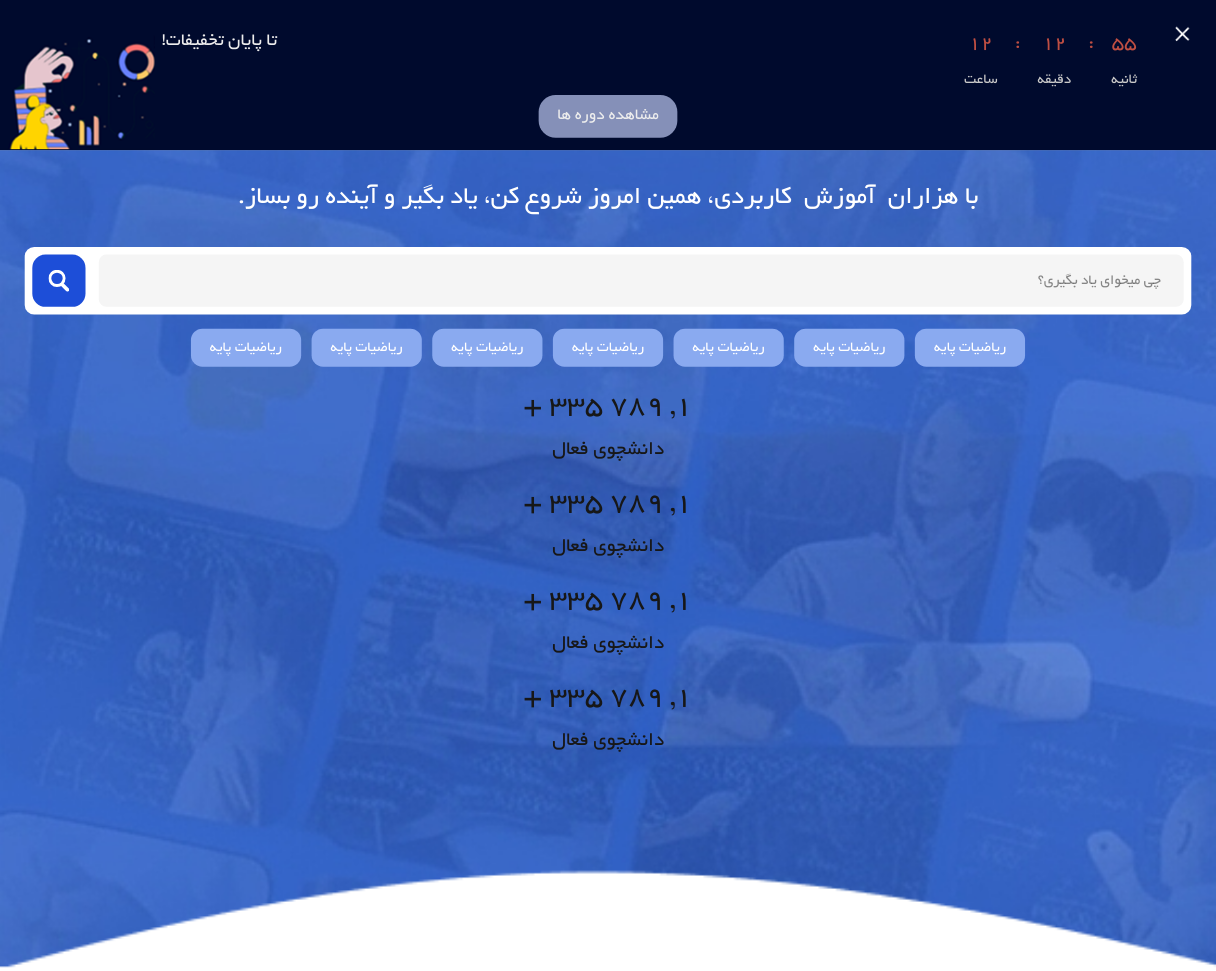
Repository: sinafath/fradars
Page: /
The author's editor kept a copy of each file at every save. The page is drawn from the files as they stood at one save, then again after the next save.
The browser window is 1280 px wide. The pictures show the whole page, at 95% of full size.
The project was rebuilt for these pictures with package versions that can differ from the ones it lists, and the page was loaded fresh each time. The framework's server and built-in components were replaced by stand-ins that run in the browser. Also part of the build but not shown: next.config.ts.

Above is the page before, as saved 2025-09-21 20:13:17.

After the next save:
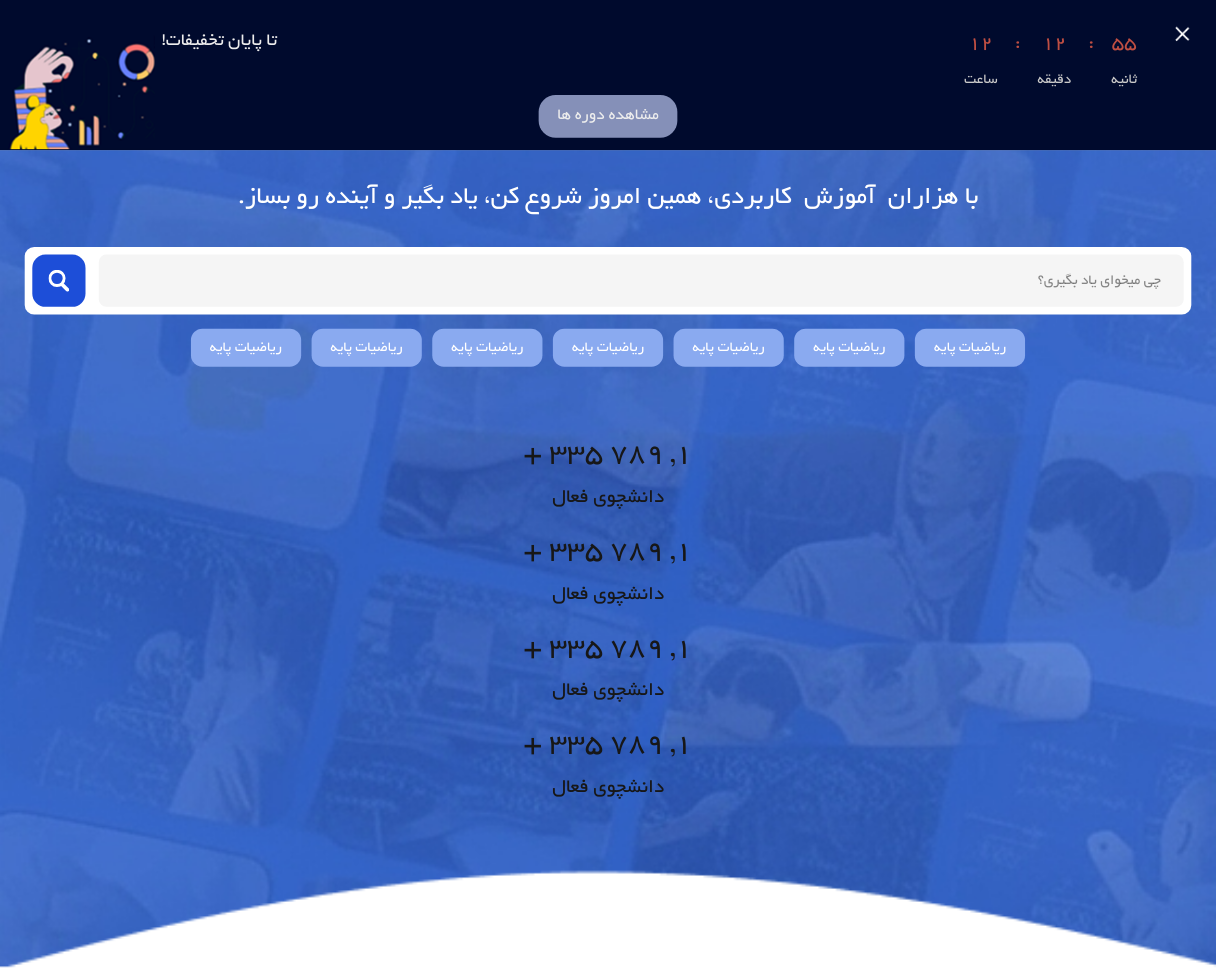
Saved 47 s later.
--- a/src/app/page.tsx
+++ b/src/app/page.tsx
@@ -68,7 +68,7 @@
           height={377}
         />
       </Column>
-      <Column className="gap-[17px] text-center pt-[20px] ">
+      <Column className="gap-[17px] text-center pt-[70px] ">
         <Column className="gap-[4px]">
           <div className="text-[32px]"> 1, 789 335 +</div>
           <div className="text-[22px]">دانشچوی فعال</div>
